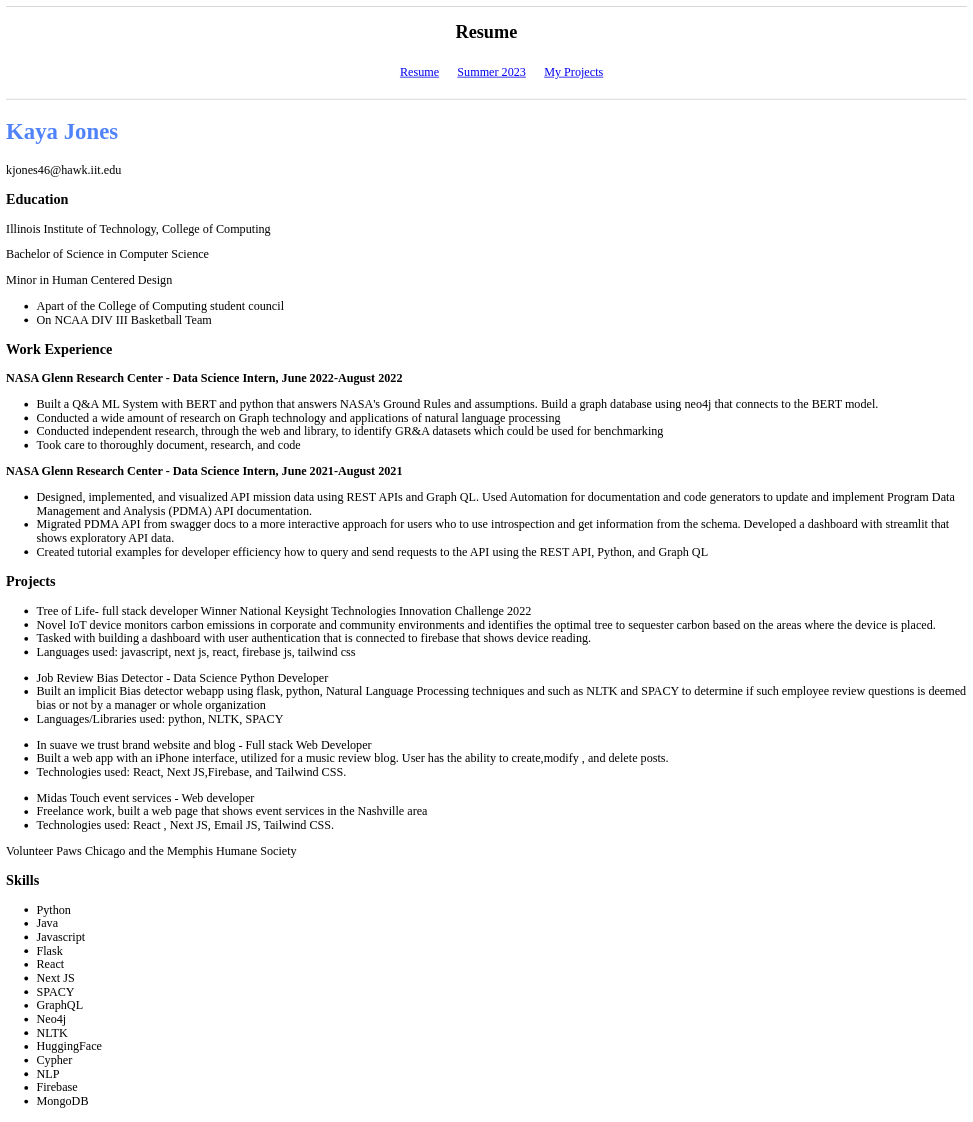
Repository: kayacancode/itm361project1
Page: index.html
These files come from the project's save history. The page is drawn as it stood at one moment and after the next save; the edit follows.
The browser window is 1280 px wide. The pictures show the whole page, at 76% of full size.
Some web fonts or font styles are not loaded; a fallback is used.

Above is the page before, as saved 2023-03-04 12:54:29.

### index.html
<!DOCTYPE html>
<html lang="en">
  <head>
    <meta charset="UTF-8" />
    <title>ITMD 361 - Web Development</title>
    <link rel="stylesheet" href="css/style.css" />

  </head>
  <body>
    <header>
      <nav>
        <h1>Resume</h1>
        <ul>
          <li><a href="index.html">Resume</a></li>
          <li><a href="summer2023.html">Summer 2023</a></li>
          <li><a href="projects.html">My Projects</a></li>
        </ul>
      </nav>
    </header>
    <h2>Kaya Jones</h2>
    <p>kjones46@hawk.iit.edu</p>
    <h3>Education</h3>
    <p>Illinois Institute of Technology, College of Computing</p>
    <p>Bachelor of Science in Computer Science</p>
    <p>Minor in Human Centered Design</p>
    <ul >
      <li>Apart of the College of Computing student council</li>
      <li>On NCAA DIV III Basketball Team</li>
    </ul>
    <section>
    <h3>Work Experience</h3>
    <p>
      <span style="font-weight:bold">NASA Glenn Research Center - Data Science Intern, June 2022-August 2022 </span>
    </p>
    <ul >
      <li>
        Built a Q&A ML System with BERT and python that answers NASA's Ground
        Rules and assumptions. Build a graph database using neo4j that connects
        to the BERT model.
      </li>
      <li>
        Conducted a wide amount of research on Graph technology and applications
        of natural language processing
      </li>
      <li>
        Conducted independent research, through the web and library, to identify
        GR&A datasets which could be used for benchmarking
      </li>
      <li>Took care to thoroughly document, research, and code</li>
    </ul>
    <p>
      <span style="font-weight:bold">NASA Glenn Research Center - Data Science Intern, June 2021-August 2021 </span>
    </p>
    <ul >
      <li>
        Designed, implemented, and visualized API mission data using REST APIs
        and Graph QL. Used Automation for documentation and code generators to
        update and implement Program Data Management and Analysis (PDMA) API
        documentation.
      </li>
      <li>
        Migrated PDMA API from swagger docs to a more interactive approach for
        users who to use introspection and get information from the schema.
        Developed a dashboard with streamlit that shows exploratory API data.
      </li>
      <li>
        Created tutorial examples for developer efficiency how to query and send
        requests to the API using the REST API, Python, and Graph QL
      </li>
    </ul>
  </section>
  <section>
    <h3>Projects</h3>
    <ul>
      <li>
        Tree of Life- full stack developer Winner National Keysight Technologies
        Innovation Challenge 2022
      </li>
      <li>
        Novel IoT device monitors carbon emissions in corporate and community
        environments and identifies the optimal tree to sequester carbon based
        on the areas where the device is placed.
      </li>
      <li>
        Tasked with building a dashboard with user authentication that is
        connected to firebase that shows device reading.
      </li>
      <li>
        Languages used: javascript, next js, react, firebase js, tailwind css
      </li>
    </ul>
    <ul>
      <li>Job Review Bias Detector - Data Science Python Developer</li>
      <li>
        Built an implicit Bias detector webapp using flask, python, Natural
        Language Processing techniques and such as NLTK and SPACY to determine
        if such employee review questions is deemed bias or not by a manager or
        whole organization
      </li>

      <li>Languages/Libraries used: python, NLTK, SPACY</li>
    </ul>
    <ul >
      <li>
        In suave we trust brand website and blog - Full stack Web Developer
      </li>
      <li>
        Built a web app with an iPhone interface, utilized for a music review
        blog. User has the ability to create,modify , and delete posts.
      </li>

      <li>Technologies used: React, Next JS,Firebase, and Tailwind CSS.</li>
    </ul>

    <ul>
      <li>Midas Touch event services - Web developer</li>
      <li>
        Freelance work, built a web page that shows event services in the
        Nashville area
      </li>

      <li>Technologies used: React , Next JS, Email JS, Tailwind CSS.</li>
    </ul>
  </section>
    <p>Volunteer Paws Chicago and the Memphis Humane Society</p>

    <h3>Skills</h3>
    <ul >
      <li>Python</li>
      <li>Java</li>
      <li>Javascript</li>
      <li>Flask</li>
      <li>React</li>
      <li>Next JS</li>
      <li>SPACY</li>
      <li>GraphQL</li>
      <li>Neo4j</li>
      <li>NLTK</li>
      <li>HuggingFace</li>
      <li>Cypher</li>
      <li>NLP</li>
      <li>Firebase</li>
      <li>MongoDB</li>
    </ul>
  </body>
</html>

### css/style.css
@import url("https://fonts.googleapis.com/css2?family=Tilt+Warp&display=swap");



nav{
    border:1px solid #ccc;
    border-width:1px 0;
    list-style:none;
    margin:0;
    padding:0;
    text-align:center;
}
nav li{
    display:inline;
}
nav a{
    display:inline-block;
    padding:10px;
}

h1{
    font-family: "Tilt Warp", cursive;

}
h2{
    font-size: 30px;
    font-family: "Tilt Warp", cursive;
    color:#5082FA;
}

.websites img{
    display: block;
    margin-left: auto;
    margin-right: auto;
    max-width: 50%;
    height: 350px;
    border-radius: 20px;
}

After the next save:
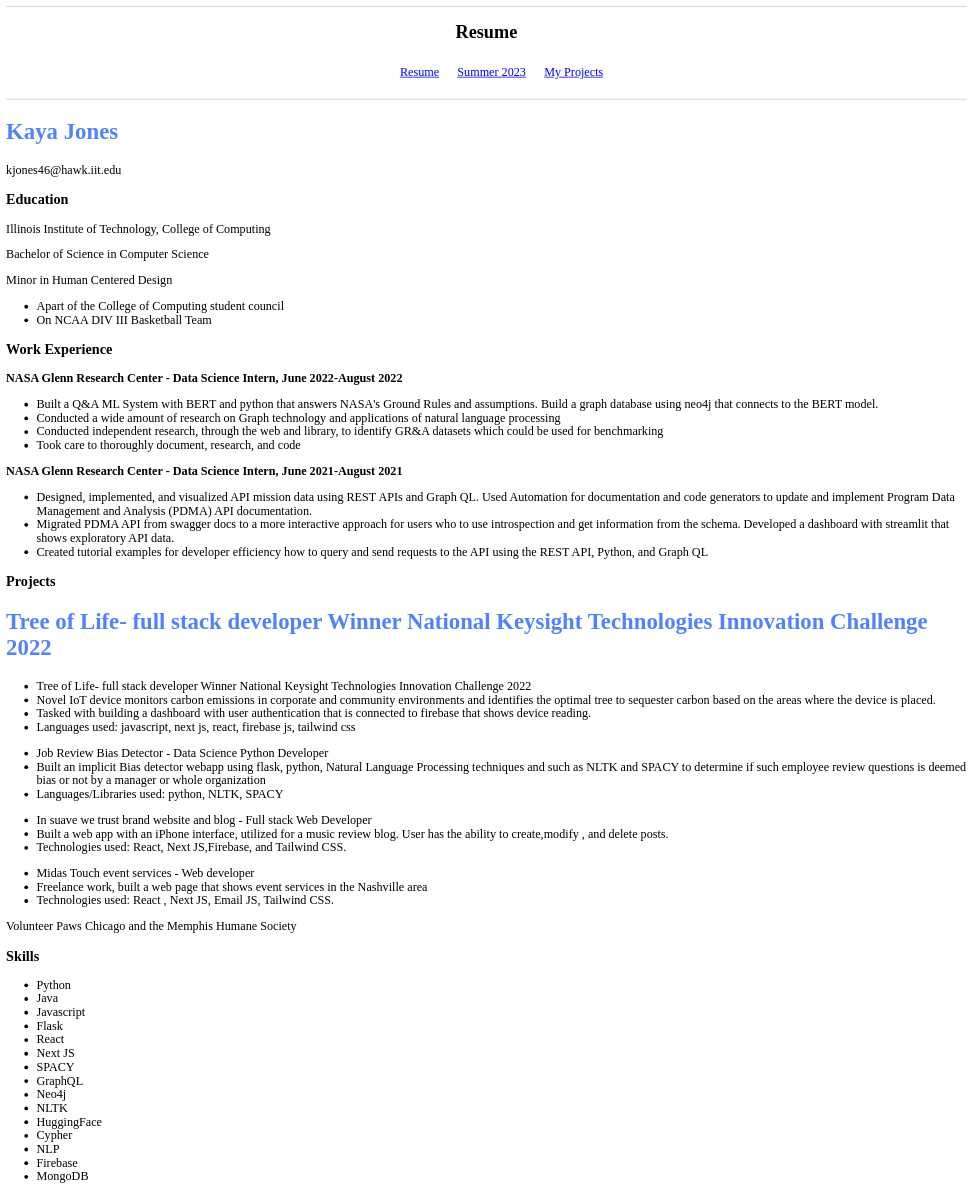
Saved 63 s later.
--- a/index.html
+++ b/index.html
@@ -71,6 +71,8 @@
   </section>
   <section>
     <h3>Projects</h3>
+    <h2>Tree of Life- full stack developer Winner National Keysight Technologies
+      Innovation Challenge 2022</h2>
     <ul>
       <li>
         Tree of Life- full stack developer Winner National Keysight Technologies
